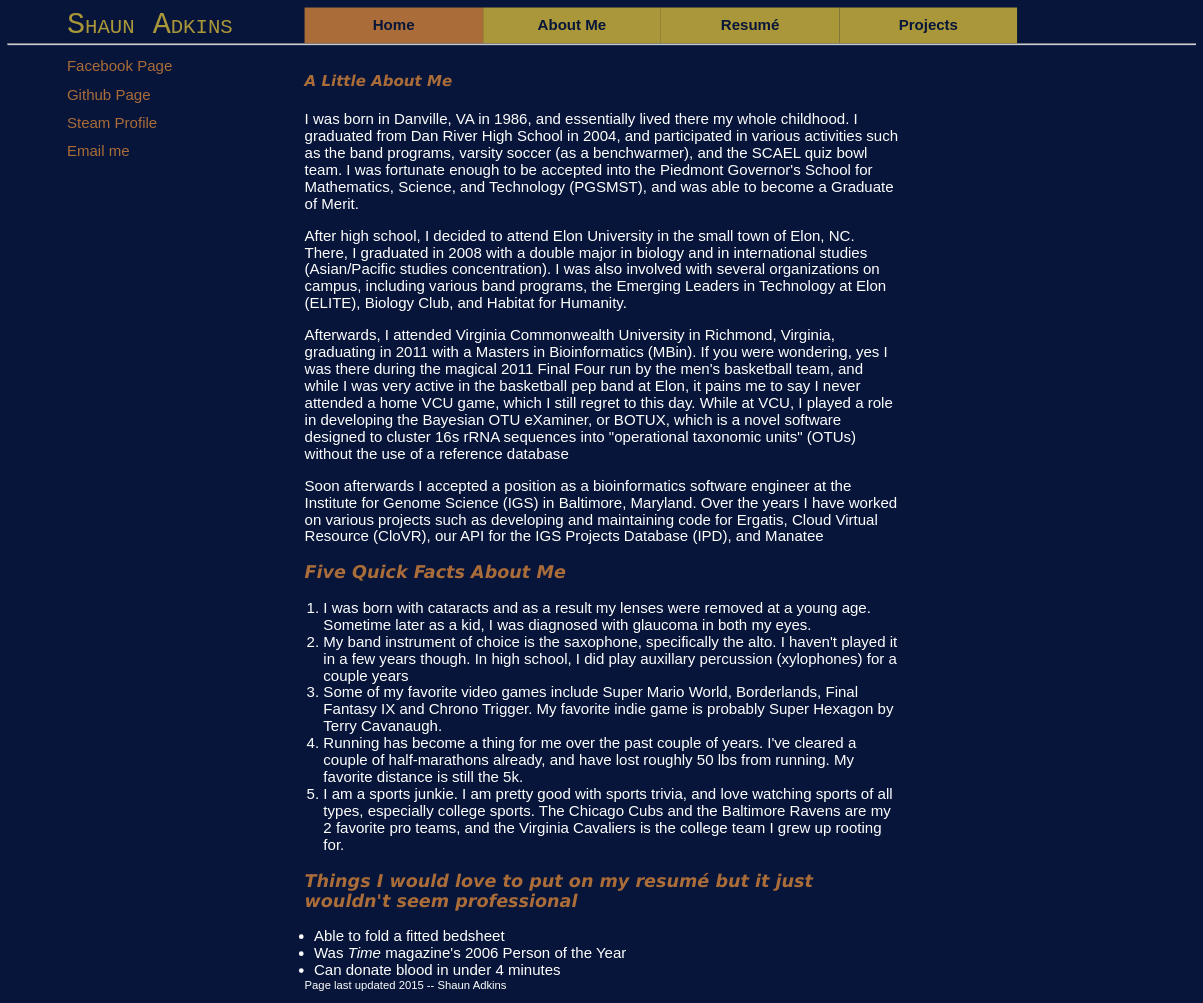
Repository: adkinsrs/sadkins_site
Page: html/about.html
The author's editor kept a record of every edit. The page is drawn from the files as they stood at one moment, then again after the next edit.
The browser window is 1280 px wide. The pictures show the whole page, at 94% of full size.

Above is the page before.

After the next edit:
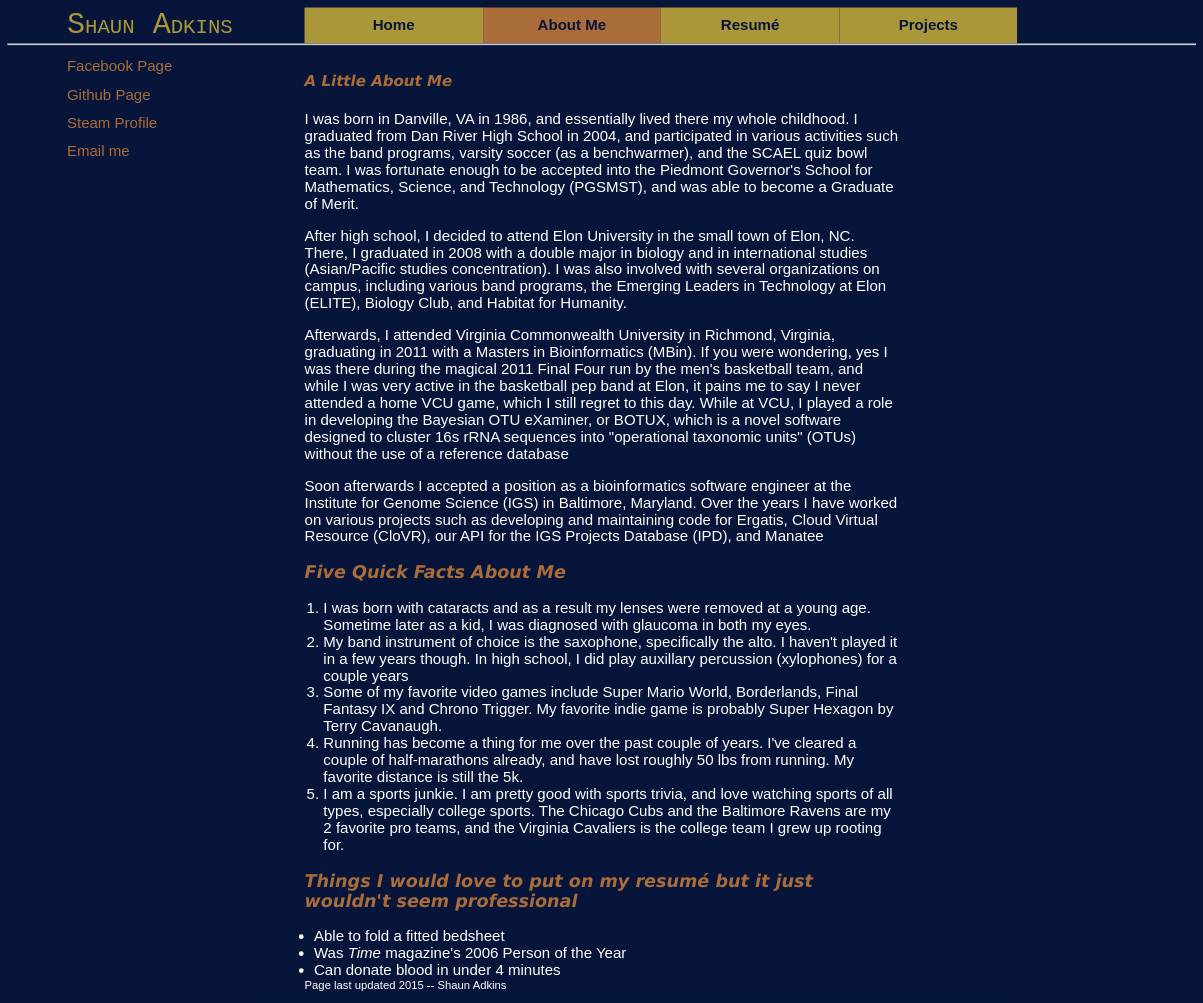
The edit:
--- a/html/about.html
+++ b/html/about.html
@@ -15,8 +15,8 @@
         <nav>
             <a class="site_name" href="/">Shaun Adkins</a>
             <ul>
-                <li class="navmenu"><a class="current" href="./home.html">Home</a></li>
-                <li class="navmenu"><a class="otherpage" href="./about.html">About Me</a></li>
+                <li class="navmenu"><a class="otherpage" href="./home.html">Home</a></li>
+                <li class="navmenu"><a class="current" href="./about.html">About Me</a></li>
                 <li class="navmenu"><a class="otherpage" href="./resume.html">Resum&#233;</a></li>
                 <li class="navmenu"><a class="otherpage" href="./projects.html">Projects</a></li>
             </ul>
